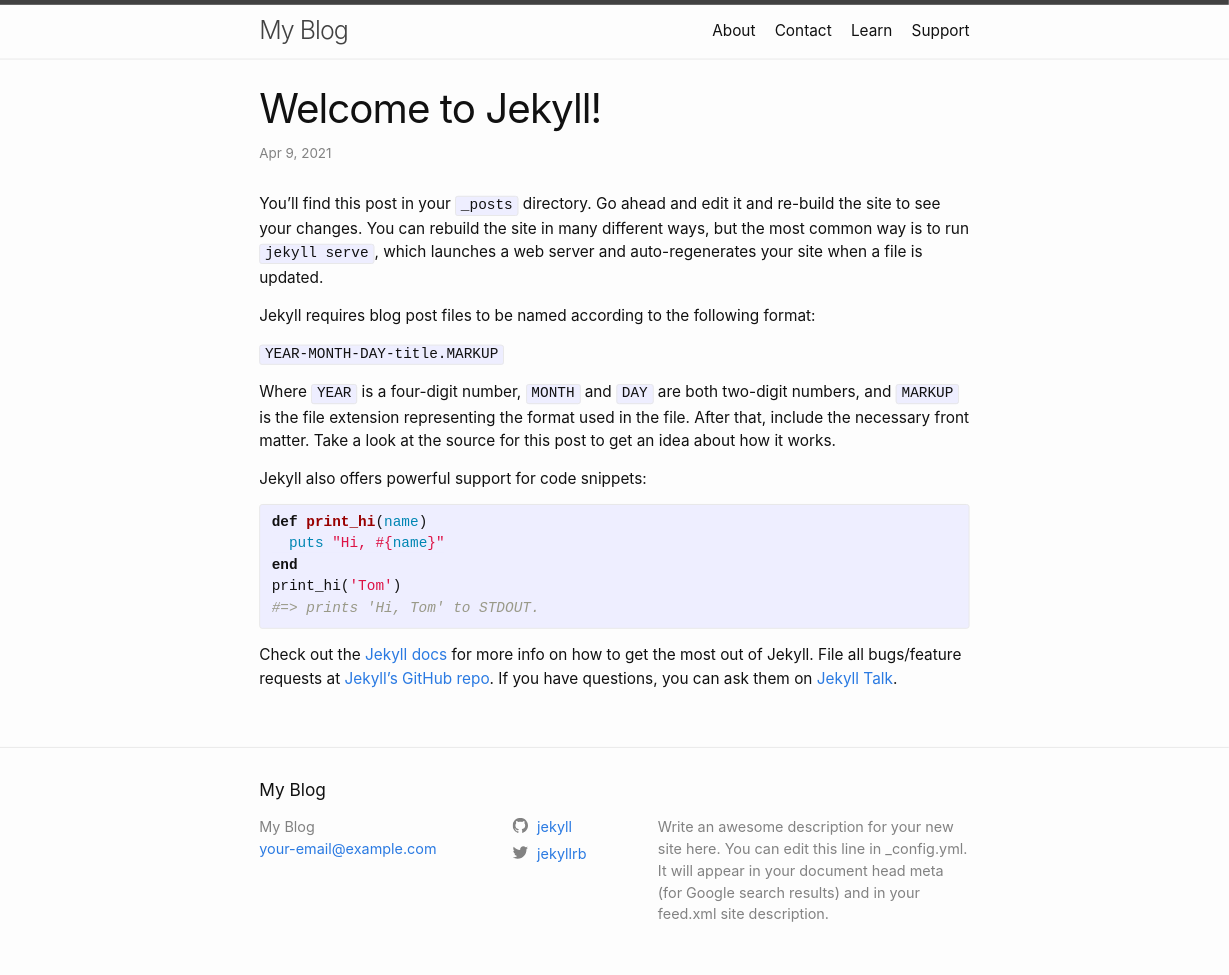
Repository: nashthecoder/nashthecoder
Page: Desktop/Tiger/my-site/_site/jekyll/update/2021/04/09/welcome-to-jekyll.html
These files come from the project's save history. The page is drawn as it stood at one moment and after the next save; the edit follows.
The browser window is 1280 px wide. The pictures show the whole page, at 96% of full size.

Above is the page before, as saved 2021-04-12 02:23:00.

### Desktop/Tiger/my-site/_site/jekyll/update/2021/04/09/welcome-to-jekyll.html
<!DOCTYPE html>
<html lang="en"><head>
  <meta charset="utf-8">
  <meta http-equiv="X-UA-Compatible" content="IE=edge">
  <meta name="viewport" content="width=device-width, initial-scale=1"><!-- Begin Jekyll SEO tag v2.7.1 -->
<title>Welcome to Jekyll! | My Blog</title>
<meta name="generator" content="Jekyll v4.2.0" />
<meta property="og:title" content="Welcome to Jekyll!" />
<meta property="og:locale" content="en_US" />
<meta name="description" content="You’ll find this post in your _posts directory. Go ahead and edit it and re-build the site to see your changes. You can rebuild the site in many different ways, but the most common way is to run jekyll serve, which launches a web server and auto-regenerates your site when a file is updated." />
<meta property="og:description" content="You’ll find this post in your _posts directory. Go ahead and edit it and re-build the site to see your changes. You can rebuild the site in many different ways, but the most common way is to run jekyll serve, which launches a web server and auto-regenerates your site when a file is updated." />
<link rel="canonical" href="/jekyll/update/2021/04/09/welcome-to-jekyll.html" />
<meta property="og:url" content="/jekyll/update/2021/04/09/welcome-to-jekyll.html" />
<meta property="og:site_name" content="My Blog" />
<meta property="og:type" content="article" />
<meta property="article:published_time" content="2021-04-09T22:37:26+03:00" />
<meta name="twitter:card" content="summary" />
<meta property="twitter:title" content="Welcome to Jekyll!" />
<script type="application/ld+json">
{"url":"/jekyll/update/2021/04/09/welcome-to-jekyll.html","headline":"Welcome to Jekyll!","dateModified":"2021-04-09T22:37:26+03:00","datePublished":"2021-04-09T22:37:26+03:00","mainEntityOfPage":{"@type":"WebPage","@id":"/jekyll/update/2021/04/09/welcome-to-jekyll.html"},"@type":"BlogPosting","description":"You’ll find this post in your _posts directory. Go ahead and edit it and re-build the site to see your changes. You can rebuild the site in many different ways, but the most common way is to run jekyll serve, which launches a web server and auto-regenerates your site when a file is updated.","@context":"https://schema.org"}</script>
<!-- End Jekyll SEO tag -->
<link rel="stylesheet" href="/assets/main.css"><link type="application/atom+xml" rel="alternate" href="/feed.xml" title="My Blog" /></head>
<body><header class="site-header" role="banner">

  <div class="wrapper"><a class="site-title" rel="author" href="/">My Blog</a><nav class="site-nav">
        <input type="checkbox" id="nav-trigger" class="nav-trigger" />
        <label for="nav-trigger">
          <span class="menu-icon">
            <svg viewBox="0 0 18 15" width="18px" height="15px">
              <path d="M18,1.484c0,0.82-0.665,1.484-1.484,1.484H1.484C0.665,2.969,0,2.304,0,1.484l0,0C0,0.665,0.665,0,1.484,0 h15.032C17.335,0,18,0.665,18,1.484L18,1.484z M18,7.516C18,8.335,17.335,9,16.516,9H1.484C0.665,9,0,8.335,0,7.516l0,0 c0-0.82,0.665-1.484,1.484-1.484h15.032C17.335,6.031,18,6.696,18,7.516L18,7.516z M18,13.516C18,14.335,17.335,15,16.516,15H1.484 C0.665,15,0,14.335,0,13.516l0,0c0-0.82,0.665-1.483,1.484-1.483h15.032C17.335,12.031,18,12.695,18,13.516L18,13.516z"/>
            </svg>
          </span>
        </label>

        <div class="trigger"><a class="page-link" href="/about/">About</a><a class="page-link" href="/conact/">Contact</a><a class="page-link" href="/learn/">Learn</a><a class="page-link" href="/support/">Support</a></div>
      </nav></div>
</header>
<main class="page-content" aria-label="Content">
      <div class="wrapper">
        <article class="post h-entry" itemscope itemtype="http://schema.org/BlogPosting">

  <header class="post-header">
    <h1 class="post-title p-name" itemprop="name headline">Welcome to Jekyll!</h1>
    <p class="post-meta">
      <time class="dt-published" datetime="2021-04-09T22:37:26+03:00" itemprop="datePublished">Apr 9, 2021
      </time></p>
  </header>

  <div class="post-content e-content" itemprop="articleBody">
    <p>You’ll find this post in your <code class="language-plaintext highlighter-rouge">_posts</code> directory. Go ahead and edit it and re-build the site to see your changes. You can rebuild the site in many different ways, but the most common way is to run <code class="language-plaintext highlighter-rouge">jekyll serve</code>, which launches a web server and auto-regenerates your site when a file is updated.</p>

<p>Jekyll requires blog post files to be named according to the following format:</p>

<p><code class="language-plaintext highlighter-rouge">YEAR-MONTH-DAY-title.MARKUP</code></p>

<p>Where <code class="language-plaintext highlighter-rouge">YEAR</code> is a four-digit number, <code class="language-plaintext highlighter-rouge">MONTH</code> and <code class="language-plaintext highlighter-rouge">DAY</code> are both two-digit numbers, and <code class="language-plaintext highlighter-rouge">MARKUP</code> is the file extension representing the format used in the file. After that, include the necessary front matter. Take a look at the source for this post to get an idea about how it works.</p>

<p>Jekyll also offers powerful support for code snippets:</p>

<figure class="highlight"><pre><code class="language-ruby" data-lang="ruby"><span class="k">def</span> <span class="nf">print_hi</span><span class="p">(</span><span class="nb">name</span><span class="p">)</span>
  <span class="nb">puts</span> <span class="s2">"Hi, </span><span class="si">#{</span><span class="nb">name</span><span class="si">}</span><span class="s2">"</span>
<span class="k">end</span>
<span class="n">print_hi</span><span class="p">(</span><span class="s1">'Tom'</span><span class="p">)</span>
<span class="c1">#=&gt; prints 'Hi, Tom' to STDOUT.</span></code></pre></figure>

<p>Check out the <a href="https://jekyllrb.com/docs/home">Jekyll docs</a> for more info on how to get the most out of Jekyll. File all bugs/feature requests at <a href="https://github.com/jekyll/jekyll">Jekyll’s GitHub repo</a>. If you have questions, you can ask them on <a href="https://talk.jekyllrb.com/">Jekyll Talk</a>.</p>


  </div><a class="u-url" href="/jekyll/update/2021/04/09/welcome-to-jekyll.html" hidden></a>
</article>

      </div>
    </main><footer class="site-footer h-card">
  <data class="u-url" href="/"></data>

  <div class="wrapper">

    <h2 class="footer-heading">My Blog</h2>

    <div class="footer-col-wrapper">
      <div class="footer-col footer-col-1">
        <ul class="contact-list">
          <li class="p-name">My Blog</li><li><a class="u-email" href="mailto:your-email@example.com">your-email@example.com</a></li></ul>
      </div>

      <div class="footer-col footer-col-2"><ul class="social-media-list"><li><a href="https://github.com/jekyll"><svg class="svg-icon"><use xlink:href="/assets/minima-social-icons.svg#github"></use></svg> <span class="username">jekyll</span></a></li><li><a href="https://www.twitter.com/jekyllrb"><svg class="svg-icon"><use xlink:href="/assets/minima-social-icons.svg#twitter"></use></svg> <span class="username">jekyllrb</span></a></li></ul>
</div>

      <div class="footer-col footer-col-3">
        <p>Write an awesome description for your new site here. You can edit this line in _config.yml. It will appear in your document head meta (for Google search results) and in your feed.xml site description.</p>
      </div>
    </div>

  </div>

</footer>
</body>

</html>

### Desktop/Tiger/my-site/_site/assets/main.css
/** Reset some basic elements */
body, h1, h2, h3, h4, h5, h6, p, blockquote, pre, hr, dl, dd, ol, ul, figure { margin: 0; padding: 0; }

/** Basic styling */
body { font: 400 16px/1.5 -apple-system, BlinkMacSystemFont, "Segoe UI", Roboto, Helvetica, Arial, sans-serif, "Apple Color Emoji", "Segoe UI Emoji", "Segoe UI Symbol"; color: #111; background-color: #fdfdfd; -webkit-text-size-adjust: 100%; -webkit-font-feature-settings: "kern" 1; -moz-font-feature-settings: "kern" 1; -o-font-feature-settings: "kern" 1; font-feature-settings: "kern" 1; font-kerning: normal; display: flex; min-height: 100vh; flex-direction: column; }

/** Set `margin-bottom` to maintain vertical rhythm */
h1, h2, h3, h4, h5, h6, p, blockquote, pre, ul, ol, dl, figure, .highlight { margin-bottom: 15px; }

/** `main` element */
main { display: block; /* Default value of `display` of `main` element is 'inline' in IE 11. */ }

/** Images */
img { max-width: 100%; vertical-align: middle; }

/** Figures */
figure > img { display: block; }

figcaption { font-size: 14px; }

/** Lists */
ul, ol { margin-left: 30px; }

li > ul, li > ol { margin-bottom: 0; }

/** Headings */
h1, h2, h3, h4, h5, h6 { font-weight: 400; }

/** Links */
a { color: #2a7ae2; text-decoration: none; }

a:visited { color: #1756a9; }

a:hover { color: #111; text-decoration: underline; }

.social-media-list a:hover { text-decoration: none; }

.social-media-list a:hover .username { text-decoration: underline; }

/** Blockquotes */
blockquote { color: #828282; border-left: 4px solid #e8e8e8; padding-left: 15px; font-size: 18px; letter-spacing: -1px; font-style: italic; }

blockquote > :last-child { margin-bottom: 0; }

/** Code formatting */
pre, code { font-size: 15px; border: 1px solid #e8e8e8; border-radius: 3px; background-color: #eef; }

code { padding: 1px 5px; }

pre { padding: 8px 12px; overflow-x: auto; }

pre > code { border: 0; padding-right: 0; padding-left: 0; }

/** Wrapper */
.wrapper { max-width: -webkit-calc(800px - (30px * 2)); max-width: calc(800px - (30px * 2)); margin-right: auto; margin-left: auto; padding-right: 30px; padding-left: 30px; }

@media screen and (max-width: 800px) { .wrapper { max-width: -webkit-calc(800px - (30px)); max-width: calc(800px - (30px)); padding-right: 15px; padding-left: 15px; } }

/** Clearfix */
.footer-col-wrapper:after, .wrapper:after { content: ""; display: table; clear: both; }

/** Icons */
.svg-icon { width: 16px; height: 16px; display: inline-block; fill: #828282; padding-right: 5px; vertical-align: text-top; }

.social-media-list li + li { padding-top: 5px; }

/** Tables */
table { margin-bottom: 30px; width: 100%; text-align: left; color: #3f3f3f; border-collapse: collapse; border: 1px solid #e8e8e8; }

table tr:nth-child(even) { background-color: #f7f7f7; }

table th, table td { padding: 10px 15px; }

table th { background-color: #f0f0f0; border: 1px solid #dedede; border-bottom-color: #c9c9c9; }

table td { border: 1px solid #e8e8e8; }

/** Site header */
.site-header { border-top: 5px solid #424242; border-bottom: 1px solid #e8e8e8; min-height: 55.95px; position: relative; }

.site-title { font-size: 26px; font-weight: 300; line-height: 54px; letter-spacing: -1px; margin-bottom: 0; float: left; }

.site-title, .site-title:visited { color: #424242; }

.site-nav { float: right; line-height: 54px; }

.site-nav .nav-trigger { display: none; }

.site-nav .menu-icon { display: none; }

.site-nav .page-link { color: #111; line-height: 1.5; }

.site-nav .page-link:not(:last-child) { margin-right: 20px; }

@media screen and (max-width: 600px) { .site-nav { position: absolute; top: 9px; right: 15px; background-color: #fdfdfd; border: 1px solid #e8e8e8; border-radius: 5px; text-align: right; } .site-nav label[for="nav-trigger"] { display: block; float: right; width: 36px; height: 36px; z-index: 2; cursor: pointer; } .site-nav .menu-icon { display: block; float: right; width: 36px; height: 26px; line-height: 0; padding-top: 10px; text-align: center; } .site-nav .menu-icon > svg { fill: #424242; } .site-nav input ~ .trigger { clear: both; display: none; } .site-nav input:checked ~ .trigger { display: block; padding-bottom: 5px; } .site-nav .page-link { display: block; padding: 5px 10px; margin-left: 20px; } .site-nav .page-link:not(:last-child) { margin-right: 0; } }

/** Site footer */
.site-footer { border-top: 1px solid #e8e8e8; padding: 30px 0; }

.footer-heading { font-size: 18px; margin-bottom: 15px; }

.contact-list, .social-media-list { list-style: none; margin-left: 0; }

.footer-col-wrapper { font-size: 15px; color: #828282; margin-left: -15px; }

.footer-col { float: left; margin-bottom: 15px; padding-left: 15px; }

.footer-col-1 { width: -webkit-calc(35% - (30px / 2)); width: calc(35% - (30px / 2)); }

.footer-col-2 { width: -webkit-calc(20% - (30px / 2)); width: calc(20% - (30px / 2)); }

.footer-col-3 { width: -webkit-calc(45% - (30px / 2)); width: calc(45% - (30px / 2)); }

@media screen and (max-width: 800px) { .footer-col-1, .footer-col-2 { width: -webkit-calc(50% - (30px / 2)); width: calc(50% - (30px / 2)); } .footer-col-3 { width: -webkit-calc(100% - (30px / 2)); width: calc(100% - (30px / 2)); } }

@media screen and (max-width: 600px) { .footer-col { float: none; width: -webkit-calc(100% - (30px / 2)); width: calc(100% - (30px / 2)); } }

/** Page content */
.page-content { padding: 30px 0; flex: 1; }

.page-heading { font-size: 32px; }

.post-list-heading { font-size: 28px; }

.post-list { margin-left: 0; list-style: none; }

.post-list > li { margin-bottom: 30px; }

.post-meta { font-size: 14px; color: #828282; }

.post-link { display: block; font-size: 24px; }

/** Posts */
.post-header { margin-bottom: 30px; }

.post-title { font-size: 42px; letter-spacing: -1px; line-height: 1; }

@media screen and (max-width: 800px) { .post-title { font-size: 36px; } }

.post-content { margin-bottom: 30px; }

.post-content h2 { font-size: 32px; }

@media screen and (max-width: 800px) { .post-content h2 { font-size: 28px; } }

.post-content h3 { font-size: 26px; }

@media screen and (max-width: 800px) { .post-content h3 { font-size: 22px; } }

.post-content h4 { font-size: 20px; }

@media screen and (max-width: 800px) { .post-content h4 { font-size: 18px; } }

/** Syntax highlighting styles */
.highlight { background: #fff; }

.highlighter-rouge .highlight { background: #eef; }

.highlight .c { color: #998; font-style: italic; }

.highlight .err { color: #a61717; background-color: #e3d2d2; }

.highlight .k { font-weight: bold; }

.highlight .o { font-weight: bold; }

.highlight .cm { color: #998; font-style: italic; }

.highlight .cp { color: #999; font-weight: bold; }

.highlight .c1 { color: #998; font-style: italic; }

.highlight .cs { color: #999; font-weight: bold; font-style: italic; }

.highlight .gd { color: #000; background-color: #fdd; }

.highlight .gd .x { color: #000; background-color: #faa; }

.highlight .ge { font-style: italic; }

.highlight .gr { color: #a00; }

.highlight .gh { color: #999; }

.highlight .gi { color: #000; background-color: #dfd; }

.highlight .gi .x { color: #000; background-color: #afa; }

.highlight .go { color: #888; }

.highlight .gp { color: #555; }

.highlight .gs { font-weight: bold; }

.highlight .gu { color: #aaa; }

.highlight .gt { color: #a00; }

.highlight .kc { font-weight: bold; }

.highlight .kd { font-weight: bold; }

.highlight .kp { font-weight: bold; }

.highlight .kr { font-weight: bold; }

.highlight .kt { color: #458; font-weight: bold; }

.highlight .m { color: #099; }

.highlight .s { color: #d14; }

.highlight .na { color: #008080; }

.highlight .nb { color: #0086B3; }

.highlight .nc { color: #458; font-weight: bold; }

.highlight .no { color: #008080; }

.highlight .ni { color: #800080; }

.highlight .ne { color: #900; font-weight: bold; }

.highlight .nf { color: #900; font-weight: bold; }

.highlight .nn { color: #555; }

.highlight .nt { color: #000080; }

.highlight .nv { color: #008080; }

.highlight .ow { font-weight: bold; }

.highlight .w { color: #bbb; }

.highlight .mf { color: #099; }

.highlight .mh { color: #099; }

.highlight .mi { color: #099; }

.highlight .mo { color: #099; }

.highlight .sb { color: #d14; }

.highlight .sc { color: #d14; }

.highlight .sd { color: #d14; }

.highlight .s2 { color: #d14; }

.highlight .se { color: #d14; }

.highlight .sh { color: #d14; }

.highlight .si { color: #d14; }

.highlight .sx { color: #d14; }

.highlight .sr { color: #009926; }

.highlight .s1 { color: #d14; }

.highlight .ss { color: #990073; }

.highlight .bp { color: #999; }

.highlight .vc { color: #008080; }

.highlight .vg { color: #008080; }

.highlight .vi { color: #008080; }

.highlight .il { color: #099; }

/*# sourceMappingURL=main.css.map */

After the next save:
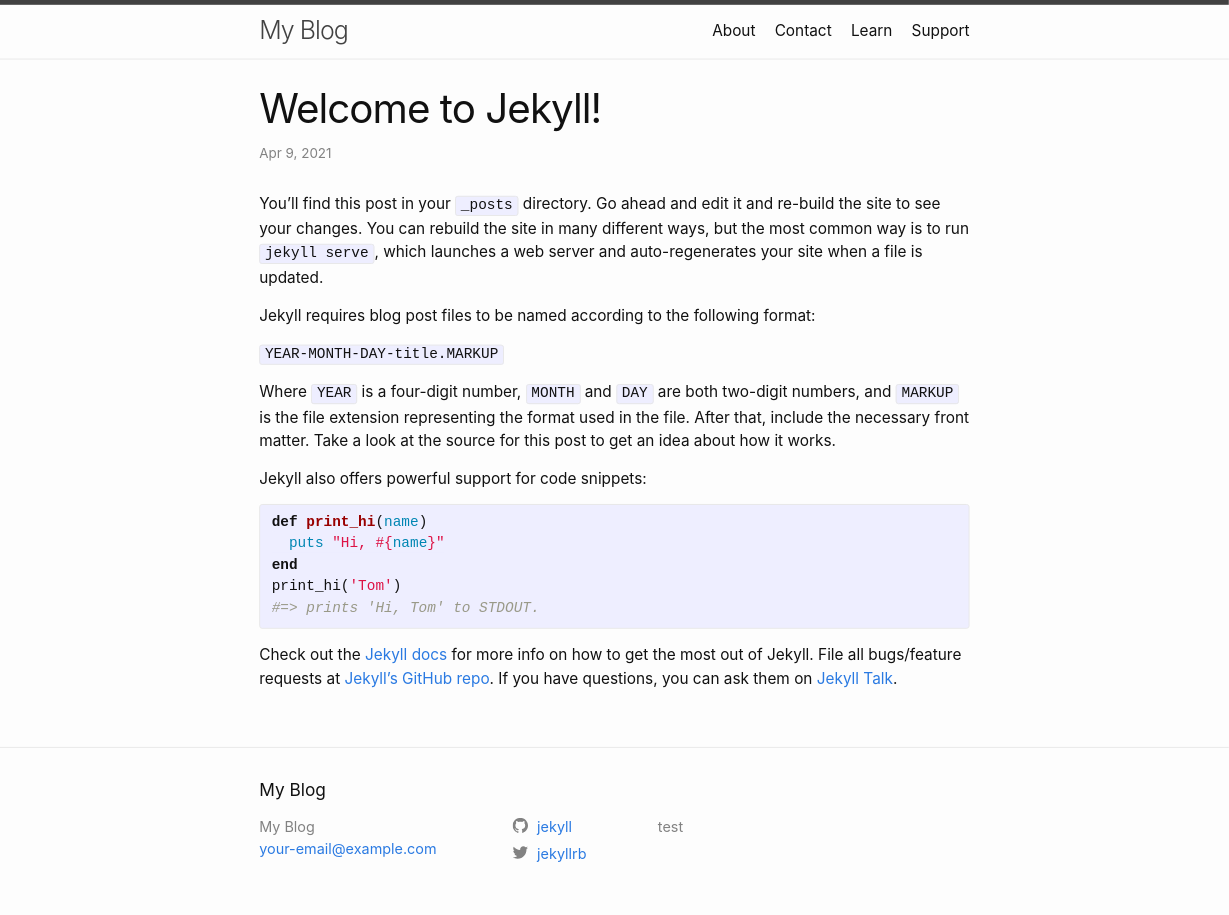
Saved 1 s later.
--- a/Desktop/Tiger/my-site/_site/jekyll/update/2021/04/09/welcome-to-jekyll.html
+++ b/Desktop/Tiger/my-site/_site/jekyll/update/2021/04/09/welcome-to-jekyll.html
@@ -87,7 +87,7 @@
 </div>
 
       <div class="footer-col footer-col-3">
-        <p>Write an awesome description for your new site here. You can edit this line in _config.yml. It will appear in your document head meta (for Google search results) and in your feed.xml site description.</p>
+        <p>test</p>
       </div>
     </div>
 
